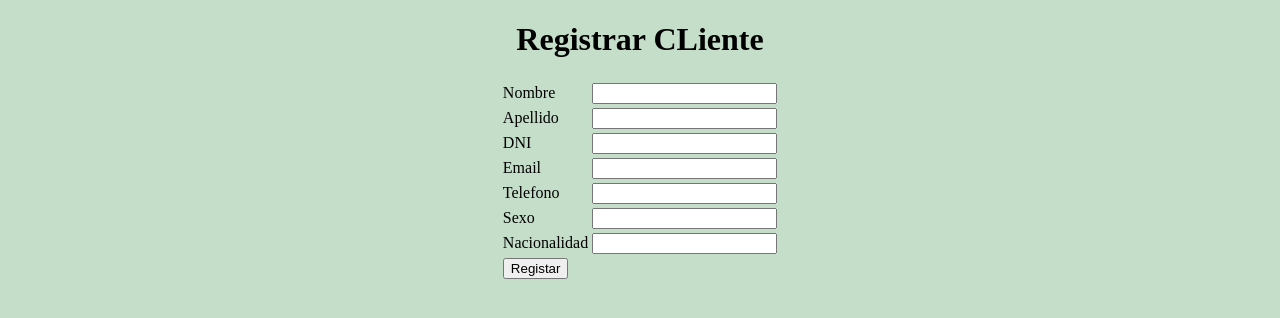
Repository: DaviOsx/LPII_CL2_CHERO_DAVIS
Page: http://localhost/LPII_CL2_CHERO_DAVIS/RegistrarCliente.jsp
An editor plug-in stored every save of this project. The page is shown before and after the next save, followed by the edit.
The browser window is 1280 px wide. The pictures show the whole page.
The page is served by Tomcat 9.

Above is the page before, as saved 2024-06-13 11:41:37.

After the next save:
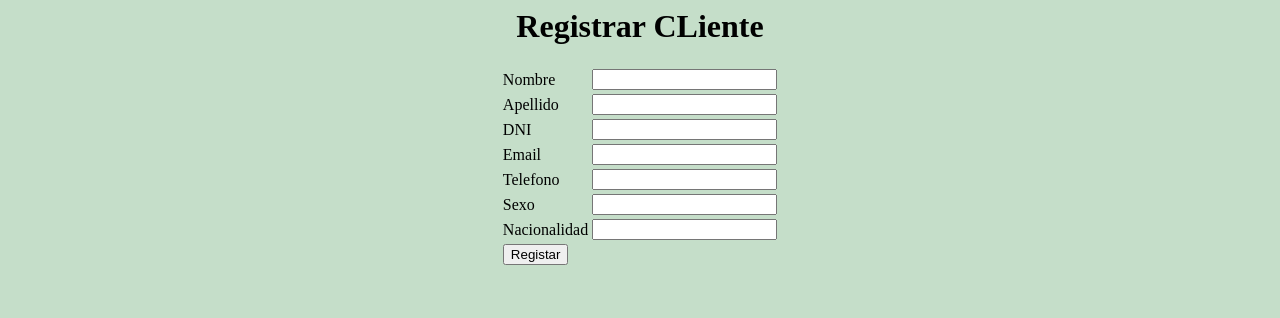
Saved 114 s later.
--- a/LPII_CL2_CHERO_DAVIS/src/main/webapp/RegistrarCliente.jsp
+++ b/LPII_CL2_CHERO_DAVIS/src/main/webapp/RegistrarCliente.jsp
@@ -1,6 +1,6 @@
 <%@ page language="java" contentType="text/html; charset=ISO-8859-1"
     pageEncoding="ISO-8859-1"%>
-<!DOCTYPE html>
+<!DOCTYPE html PUBLIC >
 <html>
 <head>
 <meta http-equiv="Content-Type" content="text/html; charset=ISO-8859-1">
